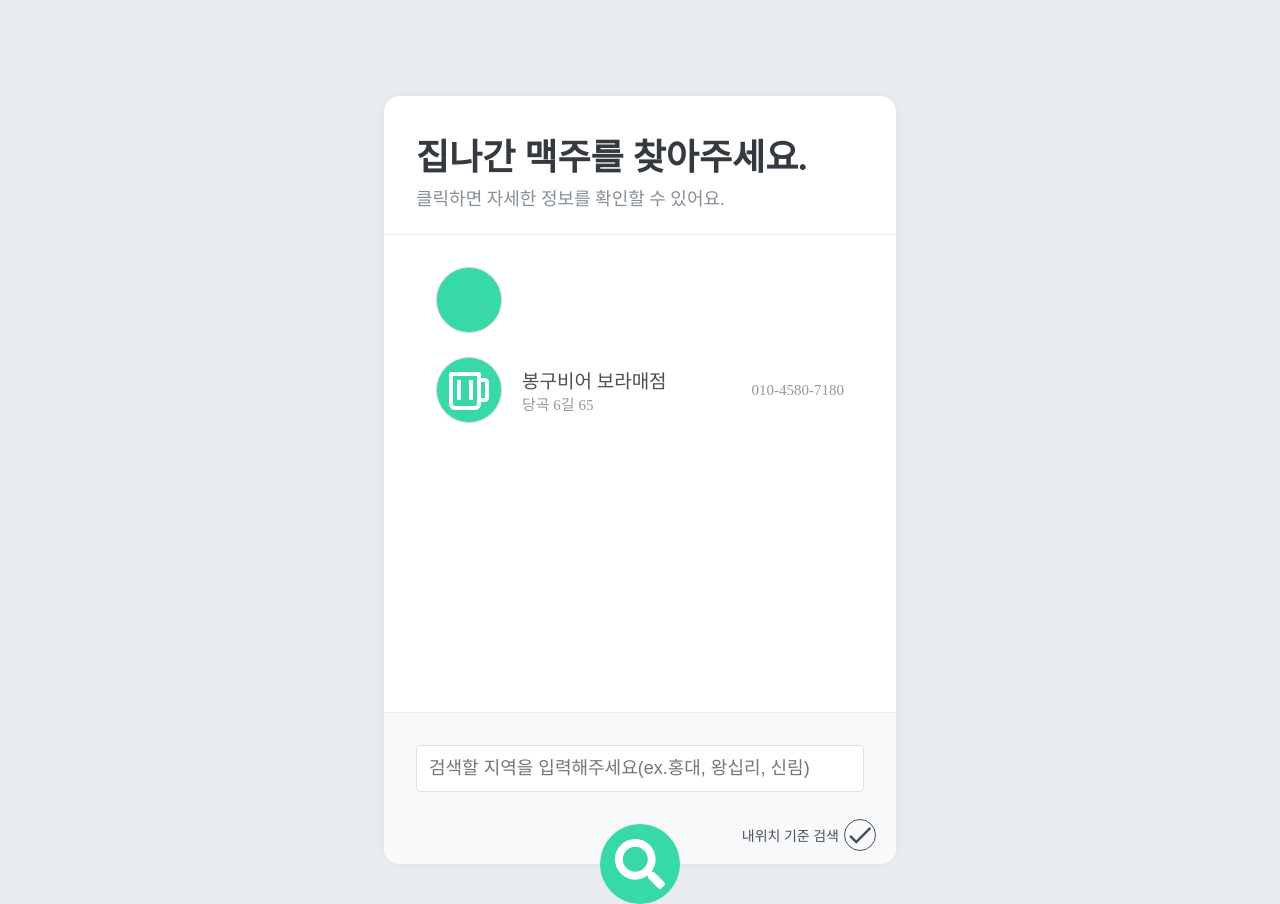
Repository: THE-SOPT-WEB/kimNamjun
Page: / (app in week4/bring-my-beer/)
An editor plug-in stored every save of this project. The page is shown before and after the next save, followed by the edit.
The browser window is 1280 px wide. The pictures show the whole page.
The project was rebuilt for these pictures with package versions that can differ from the ones it lists, and the page was loaded fresh each time.

Above is the page before, as saved 2022-05-13 03:20:24.

After the next save:
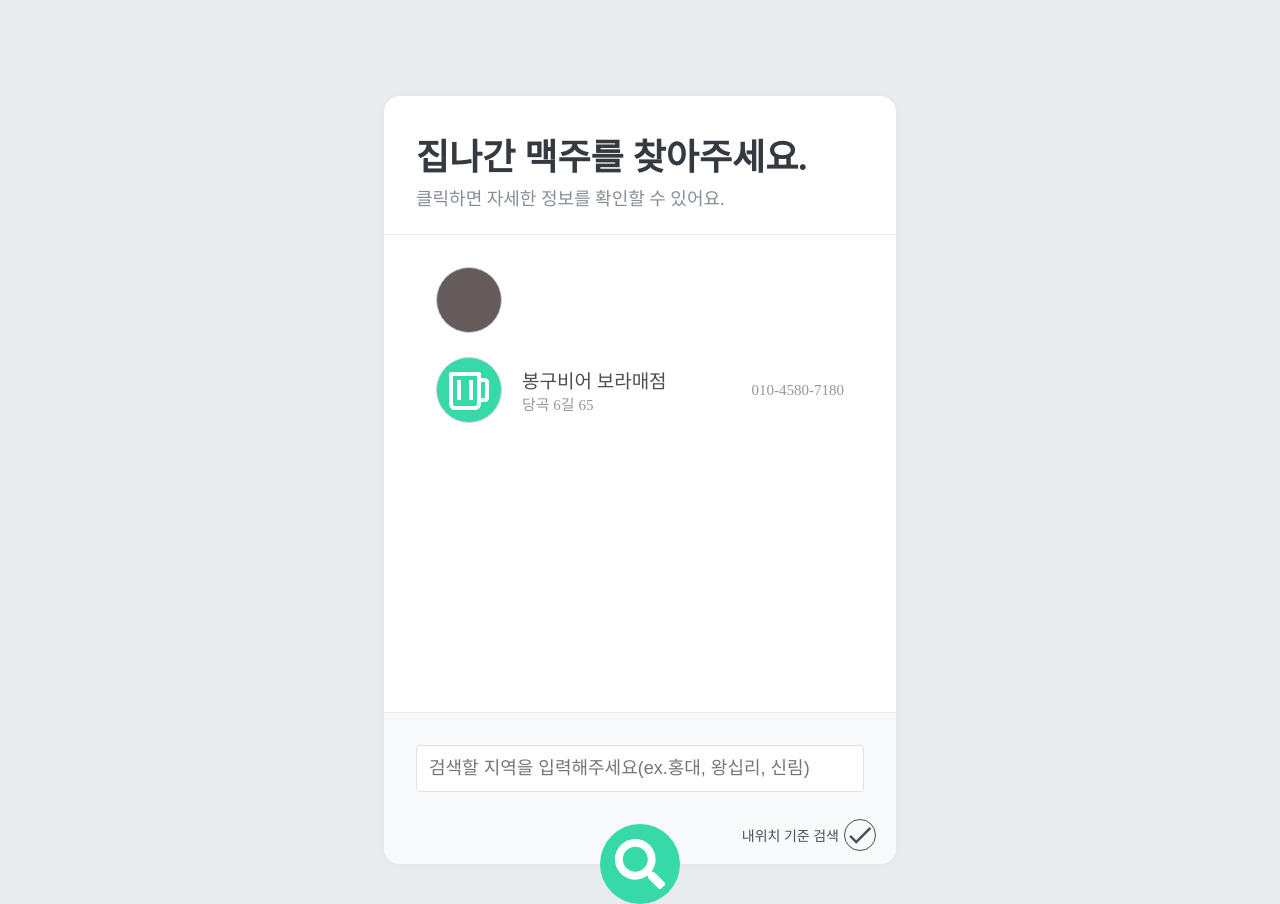
Saved 25 s later.
--- a/week4/bring-my-beer/src/components/SkeletonItem.jsx
+++ b/week4/bring-my-beer/src/components/SkeletonItem.jsx
@@ -20,7 +20,7 @@ const Icon = styled.div`
   justify-content: center;
   margin-right: 20px;
   cursor: pointer;
-  background-color: #38d9a9;
+  background-color: #655b5b;
   color: #fff;
 `;
 
